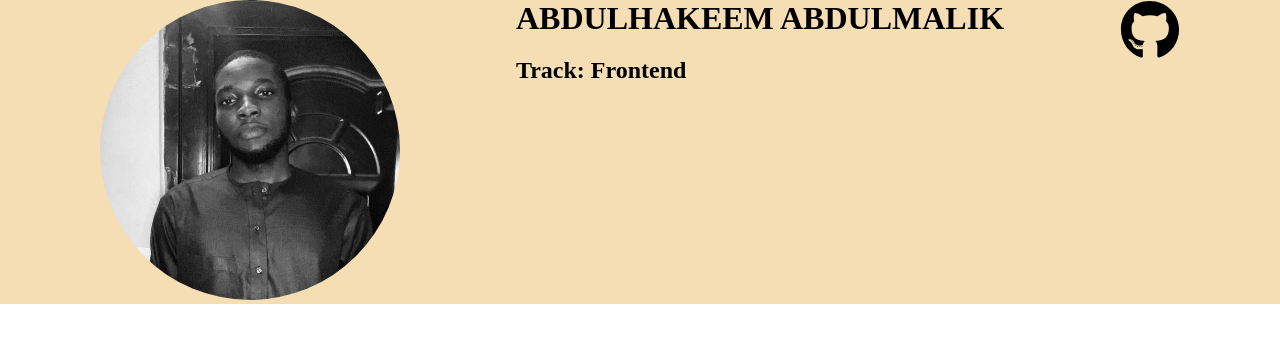
Repository: malikhakeem/HNG-TASK
Page: HNG-TASK1.html
These files come from the project's save history. The page is drawn as it stood at one moment and after the next save; the edit follows.
The browser window is 1280 px wide. The pictures show the whole page.

Above is the page before, as saved 2023-09-08 21:54:48.

### HNG-TASK1.html
<!DOCTYPE html>
<html lang="en">

<head>
    <meta charset="UTF-8">
    <meta name="viewport" content="width=device-width, initial-scale=1.0">

    <link rel="stylesheet" href="./HNG-TASK!.css">
    <title>HNG</title>
</head>

<body>
    <div class="body">
        <div class="nav">
            <div class="nav-left"><img data-testId="slackDisplayImage" class="profile-pic" src="./pic/kim.jpg"alt="Malik" /></div>
            <div class="nav-mid">
                <div class="slack-name">
                    <h1>ABDULHAKEEM ABDULMALIK</h1>
                </div>
                <div data-testId="myTrack"class="track">
                    <h2>Track: Frontend</h2>
                </div>
            </div>
            <div data-testId="slackUserName" class="nav-right">
                <a href="link address"><img src="./pic//github.svg" width="60" height="60"></a>
            </div>

        </div>
    </div>

</body>

</html>

### HNG-TASK!.css
*{
    padding:0px;
    margin:0px;

}

.profile-pic{
    width:300px;
    height:300px;
    border-radius: 50%;
}
.nav{
    display:flex;

    justify-content: space-between;
    padding: 0px 100px 0px 100px;
}

.track{
    padding-top: 20px;
}

.body{
    background:wheat;
}

After the next save:
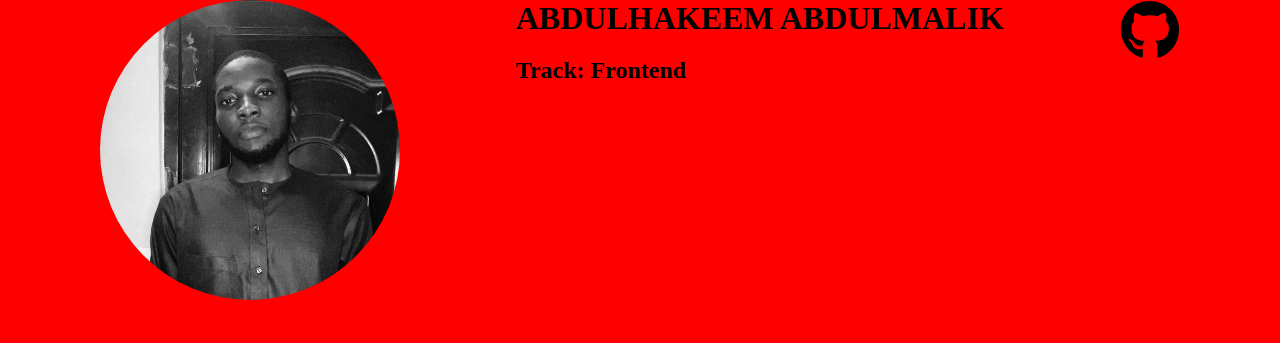
Saved 21 s later.
--- a/HNG-TASK!.css
+++ b/HNG-TASK!.css
@@ -20,6 +20,6 @@
     padding-top: 20px;
 }
 
-.body{
-    background:wheat;
+body{
+    background-color: red;
 }
